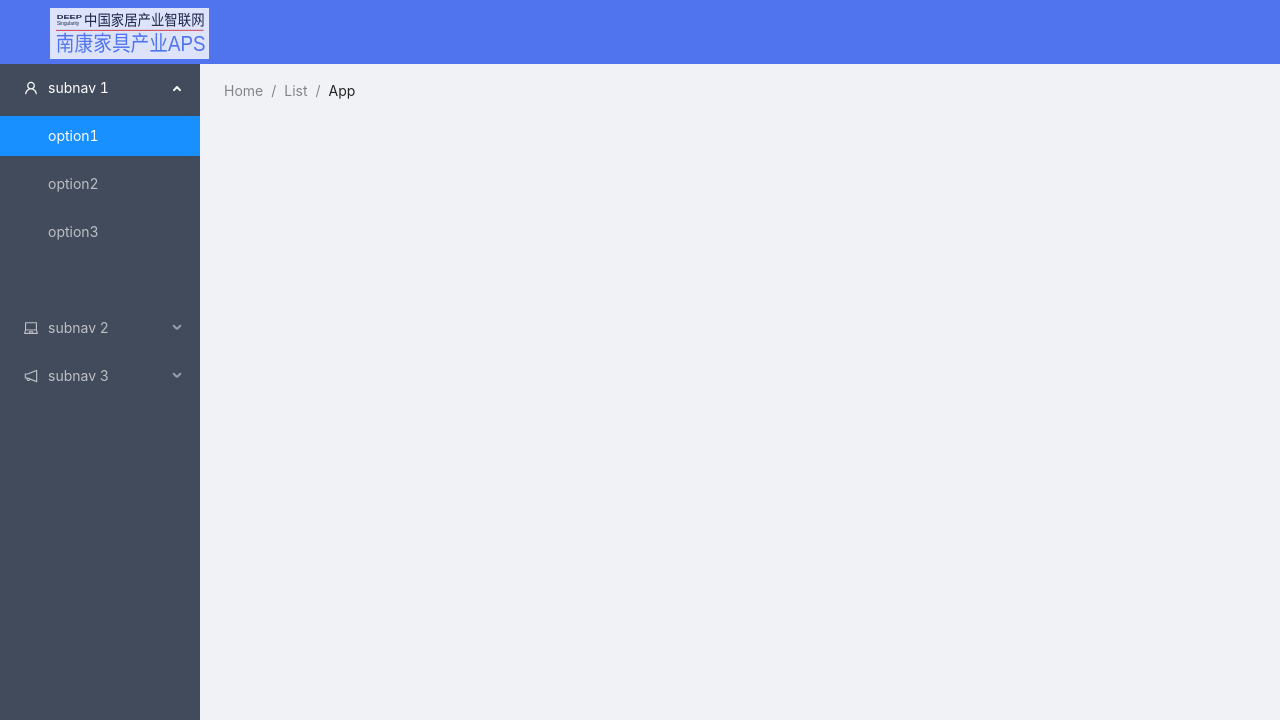
Repository: Vsran/management
Page: /main
The author's editor kept a copy of each file at every save. The page is drawn from the files as they stood at one save, then again after the next save.
The browser window is 1280 px wide. The pictures show the whole page.
The project was rebuilt for these pictures with package versions that can differ from the ones it lists, and the page was loaded fresh each time. Also part of the build but not shown: src/pages/login.js, src/pages/register/index.js.

Above is the page before, as saved 2021-02-19 14:52:11.

After the next save:
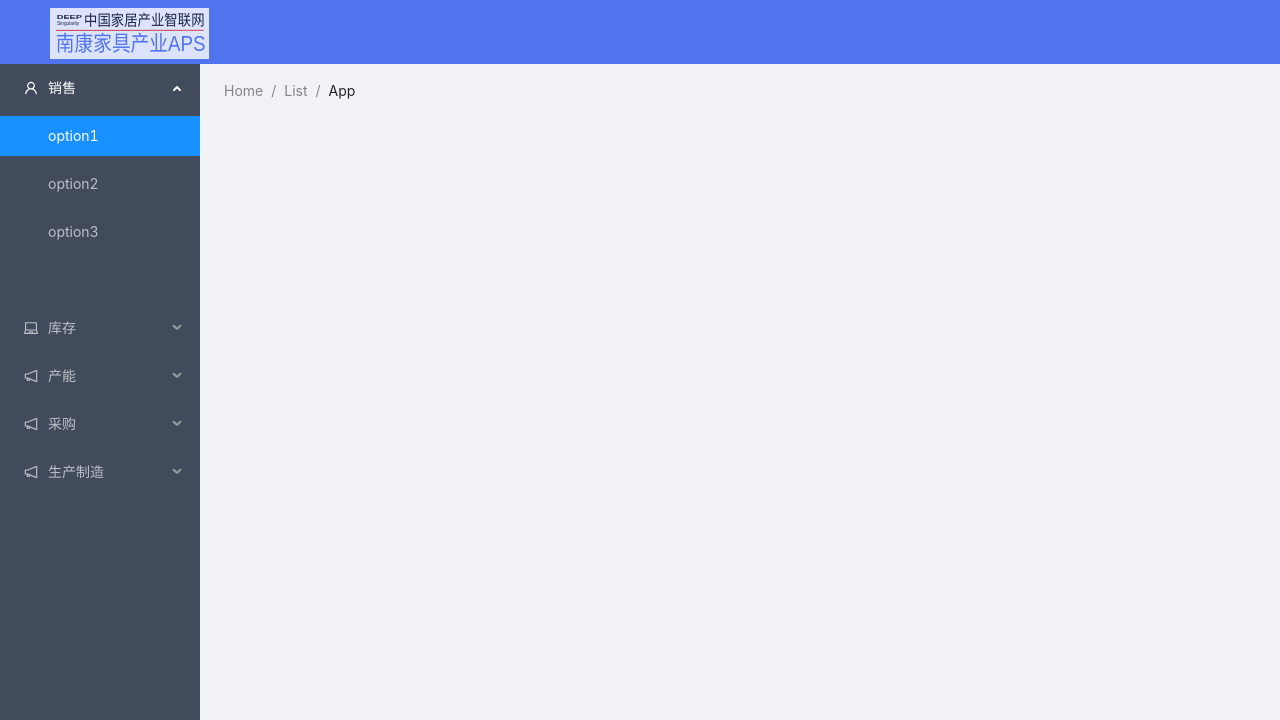
Saved 3 min 56 s later.
--- a/src/components/layout/userLayout.js
+++ b/src/components/layout/userLayout.js
@@ -21,23 +21,35 @@
           style={{ height: '100%', borderRight: 0 }}
           theme="dark"
         >
-          <SubMenu key="sub1" icon={<UserOutlined />} title="subnav 1">
+          <SubMenu key="sub1" icon={<UserOutlined />} title="销售">
             <Menu.Item key="1"><Link to='/main/sub1/option1'>option1</Link></Menu.Item>
             <Menu.Item key="2"><Link to='/main/sub1/option2'>option2</Link></Menu.Item>
             <Menu.Item key="3"><Link to='/main/sub1/option3'>option3</Link></Menu.Item>
             <Menu.Item key="4"><Link to='/main/sub1/option4'></Link></Menu.Item>
           </SubMenu>
-          <SubMenu key="sub2" icon={<LaptopOutlined />} title="subnav 2">
+          <SubMenu key="sub2" icon={<LaptopOutlined />} title="库存">
             <Menu.Item key="5"><Link to='/main/sub2/option5'>option5</Link></Menu.Item>
             <Menu.Item key="6">option6</Menu.Item>
             <Menu.Item key="7">option7</Menu.Item>
             <Menu.Item key="8">option8</Menu.Item>
           </SubMenu>
-          <SubMenu key="sub3" icon={<NotificationOutlined />} title="subnav 3">
+          <SubMenu key="sub3" icon={<NotificationOutlined />} title="产能">
             <Menu.Item key="9">option9</Menu.Item>
             <Menu.Item key="10">option10</Menu.Item>
             <Menu.Item key="11">option11</Menu.Item>
             <Menu.Item key="12">option12</Menu.Item>
+          </SubMenu>
+          <SubMenu key="sub4" icon={<NotificationOutlined />} title="采购">
+            <Menu.Item key="12">option9</Menu.Item>
+            <Menu.Item key="13">option10</Menu.Item>
+            <Menu.Item key="14">option11</Menu.Item>
+            <Menu.Item key="15">option12</Menu.Item>
+          </SubMenu>
+          <SubMenu key="sub5" icon={<NotificationOutlined />} title="生产制造">
+            <Menu.Item key="16">option9</Menu.Item>
+            <Menu.Item key="17">option10</Menu.Item>
+            <Menu.Item key="18">option11</Menu.Item>
+            <Menu.Item key="19">option12</Menu.Item>
           </SubMenu>
         </Menu>
       </Sider>
